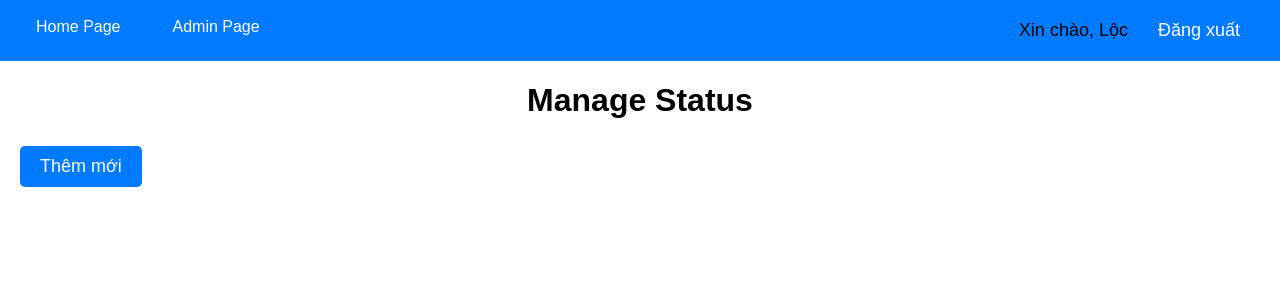
Repository: Loc2804/LTM
Page: http://localhost/RestaurantProject/ManageStatus.jsp
The author's editor kept a copy of each file at every save. The page is drawn from the files as they stood at one save, then again after the next save.
The browser window is 1280 px wide. The pictures show the whole page.
The page is served by Tomcat 10. Other server files are loaded and not shown.

Above is the page before, as saved 2024-12-07 18:04:22.

### RestaurantProject/src/main/webapp/ManageStatus.jsp
<%@page import="Model.BEAN.User"%>
<%@ page language="java" contentType="text/html; charset=UTF-8"
    pageEncoding="UTF-8"%>
<!DOCTYPE html>
<html>
<head>
<meta charset="UTF-8">
<title>Manage Status</title>
<style>
    body {
        font-family: Arial, sans-serif;
        margin: 0;
        padding: 0;
    }
    h1{
    	text-align: center;
    }
    .navbar {
        background-color: #007BFF; /* Màu xanh chủ đạo */
        overflow: hidden;
        display: flex;
        justify-content: space-between;
        padding: 10px 20px;
    }
    .navbar a {
        color: white;
        text-decoration: none;
        padding: 8px 16px;
        font-size: 16px;
    }
    .navbar a:hover {
        background-color: #0056b3; /* Màu xanh đậm hơn khi hover */
        border-radius: 4px;
    }
    .links {
        display: flex;
        gap: 20px;
    }
    .content {
        margin: 20px;
    }
    .content a {
        display: inline-block;
        background-color: #007BFF; /* Màu nền xanh chủ đạo */
        color: white;
        text-decoration: none;
        padding: 10px 20px;
        border-radius: 5px;
        margin: 5px 0;
        font-size: 18px;
    }
    .content a:hover {
        background-color: #0056b3; /* Màu nền xanh đậm hơn khi hover */
    }
    .btn-logout {
        background-color: #007BFF; /* Màu nền xanh chủ đạo */
        color: white; /* Màu chữ */
        text-decoration: none;
        padding: 10px 20px; /* Khoảng cách bên trong */
        border: none; /* Bỏ viền */
        border-radius: 5px; /* Bo góc */
        font-size: 18px; /* Kích thước chữ */
        cursor: pointer; /* Thay đổi con trỏ khi hover */
    }

    .btn-logout:hover {
        background-color: #0056b3; /* Màu nền xanh đậm hơn khi hover */
    }

    .btn-logout:focus {
        outline: none; /* Bỏ viền focus mặc định */
    }
    .group-btn{
    	margin-top:10px;
    }
    .welcome-user{
    	display: flex;
    	gap:10px;
    }
    .welcome-user span{
    	margin-top:10px;
    	font-size: 18px;
    	color: black;
    }
</style>
</head>
<body>

        <%
        	User user = (User) session.getAttribute("user");
        	if(user != null && user.getRole() != null){
        %>
      <div class="navbar">
       <div class="links">
           <a href="WelcomeUser.jsp">Home Page</a>
           <a href="WelcomeAdmin.jsp">Admin Page</a>
       </div>
        <div class="group-btn">
            <a href="Login.jsp">Đăng nhập</a>
            <a href="Register.jsp">Đăng ký</a>
        </div>
     </div>
     <div class="content">
       	<h1>Bạn cần đăng nhập để thực hiện chức năng này</h1>
   	</div>
        <% }
        	else{
        %>
        <div class="navbar">
	       <div class="links">
	           <a href="WelcomeUser.jsp">Home Page</a>
	           <a href="WelcomeAdmin.jsp">Admin Page</a>
	       </div>
	        <form action="Authcontroller" method="post">
	        	<div class="welcome-user">
	        		<span>Xin chào, Lộc</span>
	            	<button class="btn-logout" type="submit">Đăng xuất</button>
	            	<input  type="hidden" value="logout" name="action">
	        	</div>
	        </form>
        </div>
        <div class="content">
       		<h1>Manage Status</h1>
       		<a href="ManageRole.jsp">Thêm mới</a>
   		</div>
        <%
        	}
        %>
</body>
</html>

After the next save:
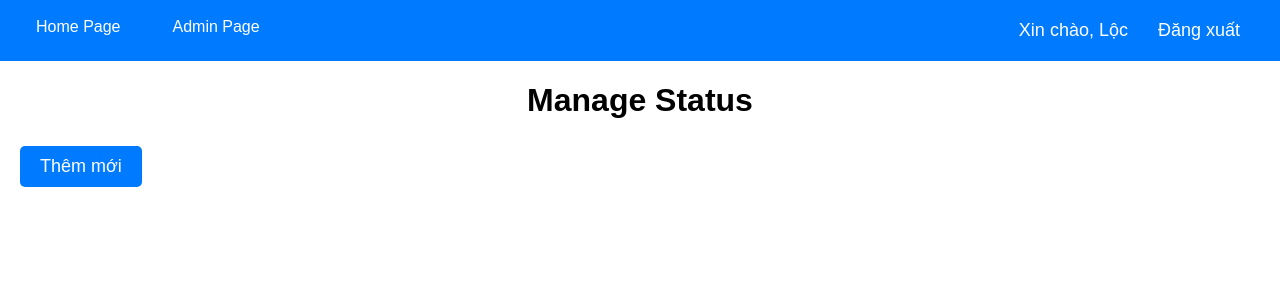
Saved 8 s later.
--- a/RestaurantProject/src/main/webapp/ManageStatus.jsp
+++ b/RestaurantProject/src/main/webapp/ManageStatus.jsp
@@ -80,7 +80,7 @@
     .welcome-user span{
     	margin-top:10px;
     	font-size: 18px;
-    	color: black;
+    	color: white;
     }
 </style>
 </head>
